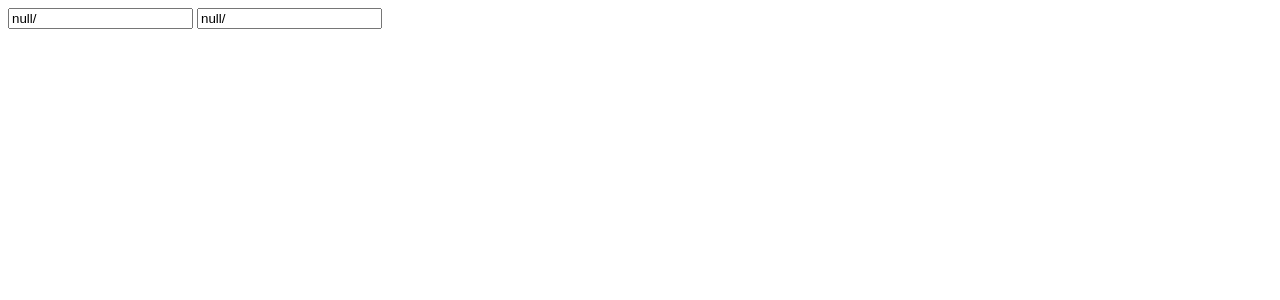
Repository: SangeethaSivasamy/ScrewSriver
Page: http://localhost/ServletProject/jsp/StudentsEnrollment.jsp
The author's editor kept a copy of each file at every save. The page is drawn from the files as they stood at one save, then again after the next save.
The browser window is 1280 px wide. The pictures show the whole page.
The page is served by Tomcat 9.

Above is the page before, as saved 2017-07-19 06:26:42.

After the next save:
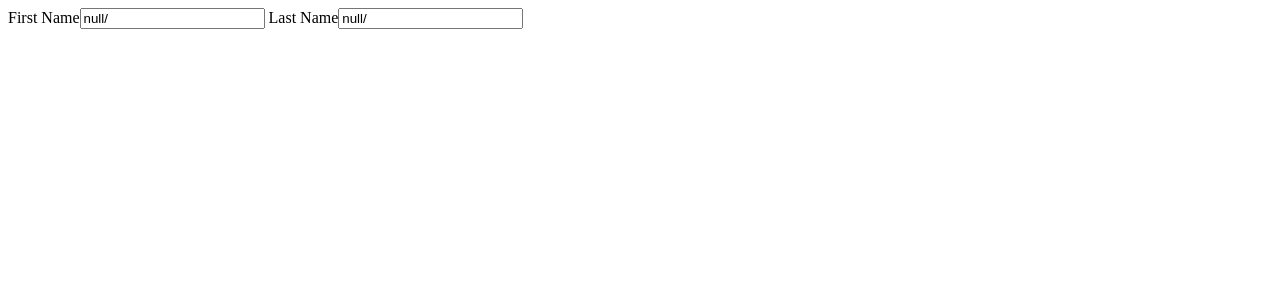
Saved 17 s later.
--- a/ServletProject/WebContent/jsp/StudentsEnrollment.jsp
+++ b/ServletProject/WebContent/jsp/StudentsEnrollment.jsp
@@ -8,8 +8,8 @@
 </head>
 <body>
 <form name="StudentsForm">
-<input type="text" name="firstName" id="firstName"  value=<%= request.getAttribute("firstName") %>/>
-<input type="text" name="lastName" id="lastName"  value=<%= request.getAttribute("lastName") %>/>
+First Name<input type="text" name="firstName" id="firstName"  value=<%= request.getAttribute("firstName") %>/>
+Last Name<input type="text" name="lastName" id="lastName"  value=<%= request.getAttribute("lastName") %>/>
 </form>
 </body>
 </html>
